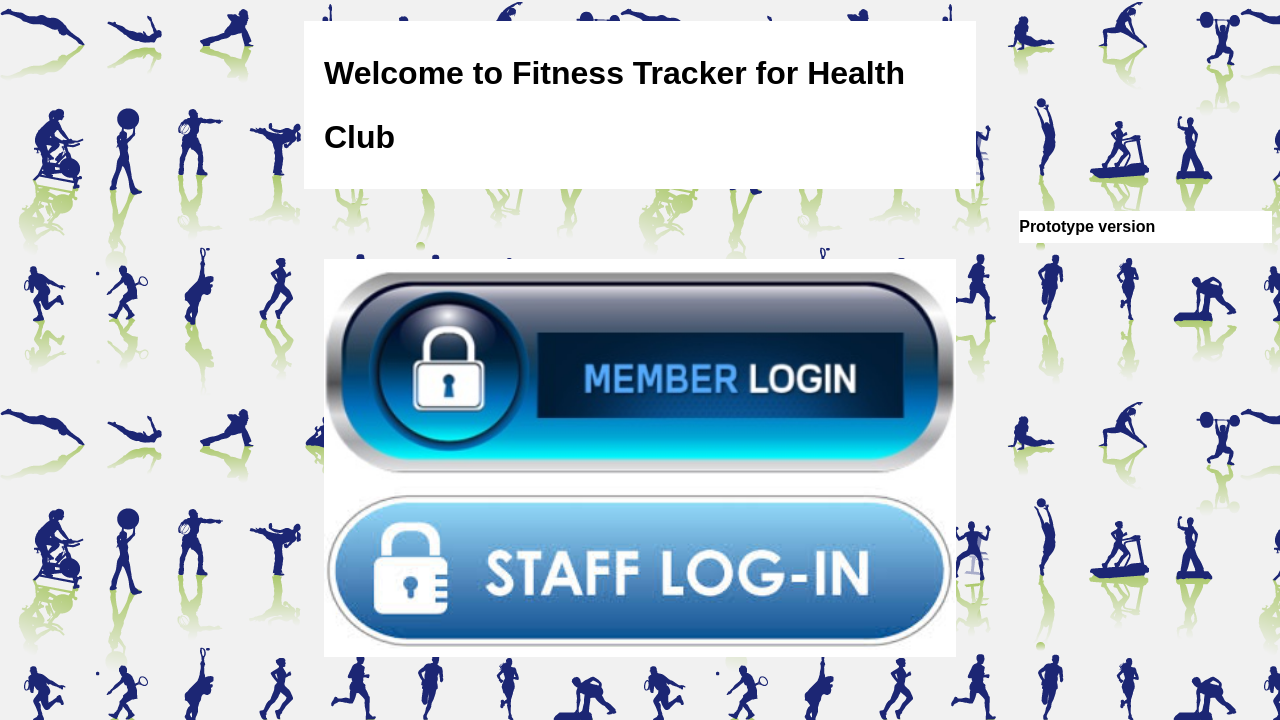
Repository: dmiropol/FitnessMemberTracker
Page: http://localhost/
The author's editor kept a copy of each file at every save. The page is drawn from the files as they stood at one save, then again after the next save.
The browser window is 1280 px wide. The pictures show the whole page.
The page is served by the project's Node server (app.js).

Above is the page before, as saved 2018-11-16 10:34:26.

### views/index.ejs
<!DOCTYPE html>
<html>
  <head>
    <title><%= title %></title>
    <link rel='stylesheet' href='/stylesheets/style.css' />
  </head>
  <body background="background.png">
    <h1 class="center">Welcome to <%= title %></h1>
    <h3 class="right">Prototype version</h3>
    <a href="/member"><img border="0" alt="member area" src="MemberLogin.jpg"  class="center">
    <a href="/staff"><img border="0" alt="staff area" src="StaffLogin.jpg" class="center">
  </body>
</html>

### app.js

/**
 * Module dependencies.
 */

var express = require('express')
  , http = require('http')
  , path = require('path')
  , bodyParser = require('body-parser')
  , storage = require('./storage')
  , fs = require('fs');

var app = express();

// all environments
app.set('port', process.env.PORT || 8080);
app.set('views', __dirname + '/views');
app.set('view engine', 'ejs');
app.use(express.static(path.join(__dirname, 'public')));
app.use(bodyParser.json());
app.use(bodyParser.urlencoded({ extended: true }));

function index(req, res){
	res.render('index', {title: 'Fitness Tracker for Health Club'});
}

function member(req, res){
	res.render('member', {title: 'Member area'});
}

function uploadRecord(req, res){
	res.render('uploadRecord');
}

function staff(req, res){
	res.render('staff', {title: 'Health Club staff area'});
}


async function getRecordsList(req, res, next){
	var files = await storage.listFiles();
	var recordsList = [];
	for (var i in files) {
		var record = {};
		record.name = files[i].metadata.name;
		record.bucket = files[i].metadata.bucket;
		record.size = files[i].metadata.size;
		recordsList.push(record);
	};
	req.body = {recordsList};
	next();
}

function listRecords(req, res){
	var recordsList = req.body.recordsList;
	res.render('listRecords', {records: recordsList, action: 'show'});
}

async function uploadRecords(req, res){
	var fileName = req.params.record + '.json';
	var jsonObj = JSON.parse(req.body.JSONbody);
	var lines = '';

	for (var i in jsonObj){
		lines += JSON.stringify(jsonObj[i]) + '\n';
	}
	console.log('Got ' + req.method + ' request to store ' + fileName +
				' content into ' + lines.length + ' lines');
	fs.writeFile(fileName, lines, 'utf8', function (err) {
	    if (err)  return console.log(err);
	    console.log(fileName + ' locally added and will be uploaded to storage.')
	});
	await storage.uploadFile(fileName);
	fs.unlink(fileName, function (err) {
	    if (err)  return console.log(err);
	    console.log(fileName + ' locally deleted.')
	});
	res.render('actionconfirm', { action: 'Upload', record: storage.getPrivateUrl(fileName)});
}

function deleteRecords(req, res){
	var recordsList = req.body.recordsList;
	res.render('listrecords', { records: recordsList, action: 'delete'});
}

async function deleteFile(req, res, next){
	await storage.deleteFile(req.params.fileName);
	res.render('actionconfirm', { action: 'Delete', record: req.params.fileName});
}

async function showFile(req, res, next){
	var destFile = './temp.txt';
	var srcFile = req.params.fileName;
	await storage.downloadFile(srcFile, destFile);

	var content = fs.readFileSync(destFile, 'utf-8');
	fs.unlink(destFile, function (err) {
	    if (err)  return console.log(err);
	    console.log(destFile + ' locally deleted.')
	});
	res.render('actionconfirm', { action: 'Show', record: srcFile, content: content});
}

app.get('/', index);
app.get('/member', member);
app.get('/staff', staff);
app.get('/list/records', getRecordsList, listRecords);
app.get('/show/records/:fileName', showFile);
app.get('/upload/records', uploadRecord);
app.post('/upload/records/:record', uploadRecords);
app.get('/delete/records', getRecordsList, deleteRecords);
app.get('/delete/records/:fileName', deleteFile);


http.createServer(app).listen(app.get('port'), function(){
  console.log('Express server listening on port ' + app.get('port'));
});

### storage.js
/**
 * Copyright 2017, Google, Inc.
 * Licensed under the Apache License, Version 2.0 (the "License");
 * you may not use this file except in compliance with the License.
 * You may obtain a copy of the License at
 *
 *    http://www.apache.org/licenses/LICENSE-2.0
 *
 * Unless required by applicable law or agreed to in writing, software
 * distributed under the License is distributed on an "AS IS" BASIS,
 * WITHOUT WARRANTIES OR CONDITIONS OF ANY KIND, either express or implied.
 * See the License for the specific language governing permissions and
 * limitations under the License.
 */

/**
 * This application demonstrates how to perform basic operations on files with
 * the Google Cloud Storage API.
 *
 * For more information, see the README.md under /storage and the documentation
 * at https://cloud.google.com/storage/docs.
 */

'use strict';


const {Storage} = require('@google-cloud/storage');
const storage = new Storage({ projectId: 'iot2analytics-2018' });
const bucketName = 'member_fitness_tracker_storage';

async function uploadFile(filename) {
	await storage.bucket(bucketName).upload(filename, {
		contentType: 'application/json'
	});
console.log(`${filename} uploaded to ${bucketName}.`);

}

function getPrivateUrl(filename) {
	  return `https://storage.googleapis.com/${bucketName}/${filename}`;
}

async function listFiles() {
	const [files] = await storage.bucket(bucketName).getFiles();

	  console.log('Files:');
	  files.forEach(file => {
	    console.log(file.name);
	    //console.log(file.metadata);
	  });

	  return files;
	}

async function downloadFile(srcFilename, destFilename) {

  const options = {
    // The path to which the file should be downloaded, e.g. "./file.txt"
    destination: destFilename,
  };

  // Downloads the file
  await storage
    .bucket(bucketName)
    .file(srcFilename)
    .download(options);

  console.log(
    `gs://${bucketName}/${srcFilename} downloaded to ${destFilename}.`
  );
  // [END storage_download_file]
}

async function deleteFile(filename) {
  // Deletes the file from the bucket
  await storage
    .bucket(bucketName)
    .file(filename)
    .delete();

  console.log(`gs://${bucketName}/${filename} deleted.`);
  // [END storage_delete_file]
}

async function getMetadata(filename) {
  // Gets the metadata for the file
  const [metadata] = await storage
    .bucket(bucketName)
    .file(filename)
    .getMetadata();

  console.log(`File: ${metadata.name}`);
  console.log(`Bucket: ${metadata.bucket}`);
  console.log(`Storage class: ${metadata.storageClass}`);
  console.log(`Self link: ${metadata.selfLink}`);
  console.log(`ID: ${metadata.id}`);
  console.log(`Size: ${metadata.size}`);
  console.log(`Updated: ${metadata.updated}`);
  console.log(`Generation: ${metadata.generation}`);
  console.log(`Metageneration: ${metadata.metageneration}`);
  console.log(`Etag: ${metadata.etag}`);
  console.log(`Owner: ${metadata.owner}`);
  console.log(`Component count: ${metadata.component_count}`);
  console.log(`Crc32c: ${metadata.crc32c}`);
  console.log(`md5Hash: ${metadata.md5Hash}`);
  console.log(`Cache-control: ${metadata.cacheControl}`);
  console.log(`Content-type: ${metadata.contentType}`);
  console.log(`Content-disposition: ${metadata.contentDisposition}`);
  console.log(`Content-encoding: ${metadata.contentEncoding}`);
  console.log(`Content-language: ${metadata.contentLanguage}`);
  console.log(`Media link: ${metadata.mediaLink}`);
  console.log(`KMS Key Name: ${metadata.kmsKeyName}`);
  console.log(`Temporary Hold: ${metadata.temporaryHold}`);
  console.log(`Event-based hold: ${metadata.eventBasedHold}`);
  console.log(`Effective Expiration Time: ${metadata.effectiveExpirationTime}`);
  console.log(`Metadata: ${metadata.metadata}`);
  // [END storage_get_metadata]
}



module.exports = {
	uploadFile,
	getPrivateUrl,
	listFiles,
	getMetadata,
  deleteFile,
  downloadFile,
};

### public/stylesheets/style.css
ul {
    list-style-type: none;
    margin: 0;
    padding: 0;
    overflow: hidden;
    background-color: #606060;
}

li {
    float: left;
}

li a, .dropbtn {
    display: inline-block;
    color: white;
    text-align: center;
    padding: 14px 16px;
    text-decoration: none;
}

li a:hover, .dropdown:hover .dropbtn {
    background-color: #005392;
}

li.dropdown {
    display: inline-block;
}

.dropdown-content {
    display: none;
    position: absolute;
    background-color: #f9f9f9;
    min-width: 160px;
    box-shadow: 0px 8px 16px 0px rgba(0,0,0,0.2);
    z-index: 1;
}

.dropdown-content a {
    color: black;
    padding: 12px 16px;
    text-decoration: none;
    display: block;
    text-align: left;
}

.dropdown-content a:hover {background-color: #f1f1f1}

.dropdown:hover .dropdown-content {
    display: block;
}

.footer {
    position: fixed;
    left: 8px;
    bottom: 8px;
    width: 99%;
    background-color: #606060;
    color: white;
    text-align: left;
}

.footer p{
    text-decoration: underline;
    left: 10px;
}

textarea {
    border: 1 grey;
    overflow: hidden;
    padding: 0;
    outline: none;
    overflow-y:scroll;
    overflow-x:scroll;
    font-family:"Courier";
    font-size: 12px;
}

input {
	font-size: 14px;
    padding: 2px;
/*   float: left; */
}

.button {
    background-color: #555555;
    border: none;
    color: white;
    padding: 15px 32px;
    text-align: center;
    text-decoration: none;
    display: inline-block;
    font-size: 16px;
}

.listKeys {
	padding-left: 2em;
}

select  {
	font-size: 14px;
}

.center {
    display: block;
    margin-left: auto;
    margin-right: auto;
    width: 50%;
}

.right {
    display: block;
    margin-left: auto;
    margin-right: 0;
    width: 20%;
}

h1, h2{
	background: white;
	display: inline;
	padding:20px;
    line-height: 2em;
    font-family: Arial, Helvetica, sans-serif;
    font-size: 32px;
}
h3{
	background: white;
	display: inline;
	padding:0px;
    line-height: 2em;
    font-family: Arial, Helvetica, sans-serif;
    font-size: 16px;
}

After the next save:
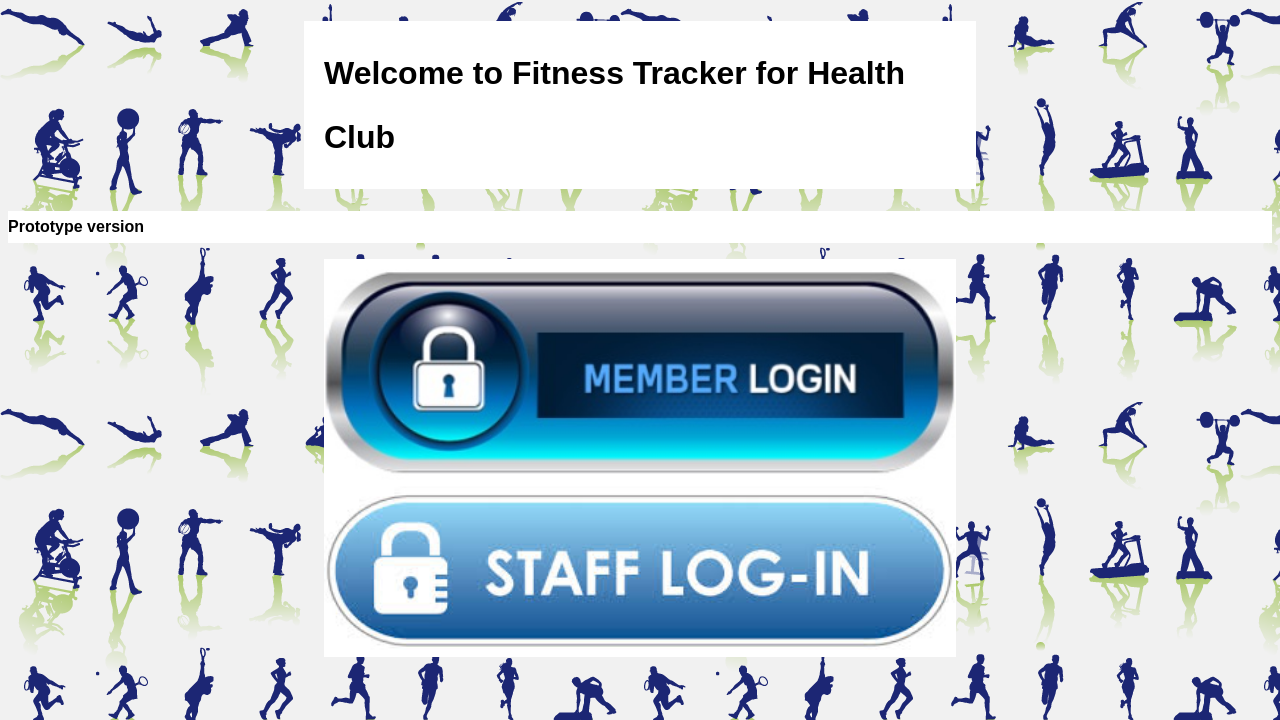
Saved 13 s later.
--- a/public/stylesheets/style.css
+++ b/public/stylesheets/style.css
@@ -111,7 +111,7 @@ select  {
     display: block;
     margin-left: auto;
     margin-right: 0;
-    width: 20%;
+
 }
 
 h1, h2{
